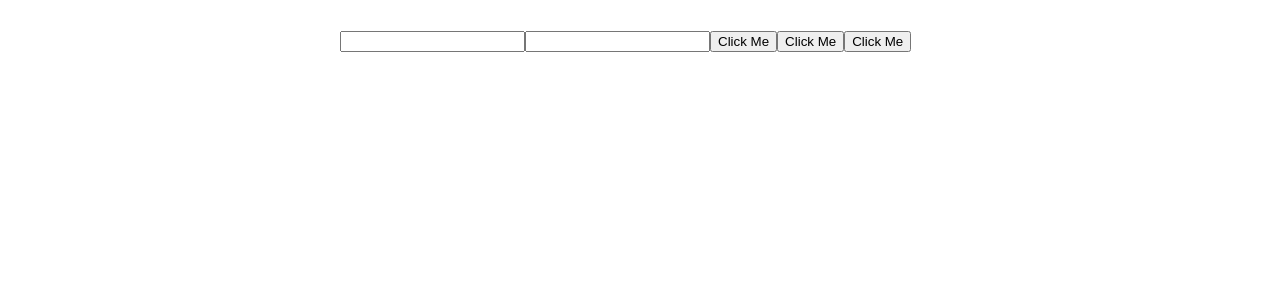
Repository: rafimohammad839/React-Time-App
Page: /
An editor plug-in stored every save of this project. The page is shown before and after the next save, followed by the edit.
The browser window is 1280 px wide. The pictures show the whole page.
The project was rebuilt for these pictures with package versions that can differ from the ones it lists, and the page was loaded fresh each time.

Above is the page before, as saved 2022-06-26 11:38:54.

### src/index.js
import React from "react";
import ReactDOM from "react-dom/client";
import { TimeProvider } from "./contexts/TimeContext";
import App from "./App";
import "./index.css";

const root = ReactDOM.createRoot(document.getElementById("root"));
root.render(
  <React.StrictMode>
    <TimeProvider>
      <App />
    </TimeProvider>
  </React.StrictMode>
);

### src/contexts/TimeContext.js
import { createContext } from "react";

const TimeContext = createContext({

});

export const TimeProvider = ({ children }) => {
  return (
    <TimeContext.Provider>
      {children}
    </TimeContext.Provider>
  )
}

### src/App.js
import Timer from "./components/Timer";

function App() {
  return (
    <div className="timer-container">
      <Timer />
    </div>
  );
}

export default App;

### src/index.css
body {
  margin: 0;
  font-family: -apple-system, BlinkMacSystemFont, 'Segoe UI', 'Roboto', 'Oxygen',
    'Ubuntu', 'Cantarell', 'Fira Sans', 'Droid Sans', 'Helvetica Neue',
    sans-serif;
  -webkit-font-smoothing: antialiased;
  -moz-osx-font-smoothing: grayscale;
}

code {
  font-family: source-code-pro, Menlo, Monaco, Consolas, 'Courier New',
    monospace;
}

.timer-container {
  width: 600px;
  margin: 30px auto;
}

### src/components/Timer.js
import React from "react";
import Button from "./Button";
import Input from "./Input";

const Timer = () => {
  const handleChange = (e) => {};

  const handleClick = (e) => { };

  const handleSubmit = (e) => {
    e.preventDefault();
  }

  return (
    <div className="form-container">
      <form onSubmit={handleSubmit}>
        <Input
          inputOptions={{
            type: "number",
            className: "minute",
            value: {},
            name: {},
            onChange: { handleChange },
          }}
        />
        <Input
          inputOptions={{
            type: "number",
            className: "second",
            value: {},
            name: {},
            onChange: { handleChange },
          }}
        />
        <Button
          buttonOptions={{
            type: "submit",
            className: "primary",
          }}
        />
        <Button
          buttonOptions={{
            type: "button",
            className: "secondary",
            onClick: { handleClick },
          }}
        />
        <Button
          buttonOptions={{
            type: "button",
            className: "danger",
            onClick: { handleClick },
          }}
        />
      </form>
    </div>
  );
};

export default Timer;

### src/components/Button.js
import React from 'react'

const Button = ({ buttonOptions }) => {
  return (
    <button {...buttonOptions}>Click Me</button>
  )
}

export default Button

### src/components/Input.js
import React from 'react'

const Input = ({ inputOptions }) => {
  return (
    <input {...inputOptions} />
  )
}

export default Input

Loaded but not shown: public/index.html (common file)

After the next save:
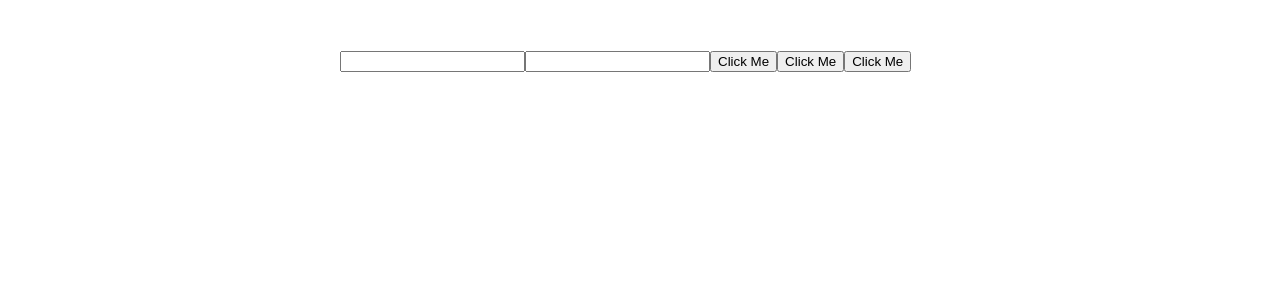
Saved 25 s later.
--- a/src/index.css
+++ b/src/index.css
@@ -14,5 +14,5 @@ code {
 
 .timer-container {
   width: 600px;
-  margin: 30px auto;
+  margin: 50px auto;
 }
